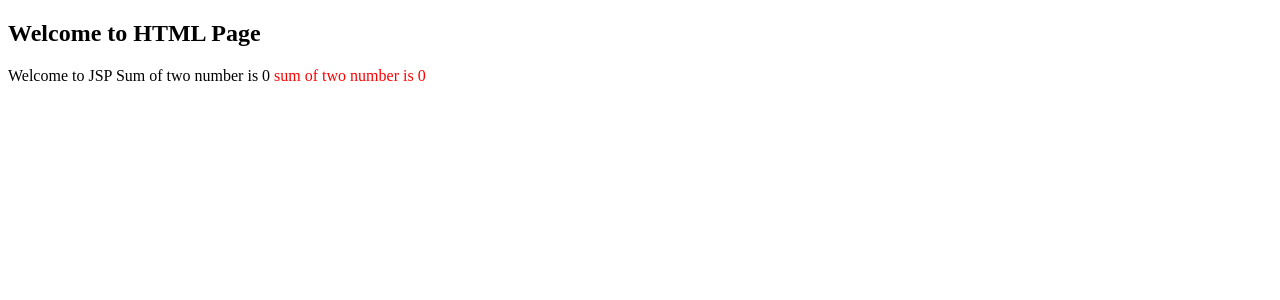
Repository: Kaleakash/onmobilebangalorejavafullstack
Page: http://localhost/JSPDemo/demo.jsp
These files come from the project's save history. The page is drawn as it stood at one moment and after the next save; the edit follows.
The browser window is 1280 px wide. The pictures show the whole page.
The page is served by Tomcat 9.

Above is the page before, as saved 2019-10-12 07:13:07.

After the next save:
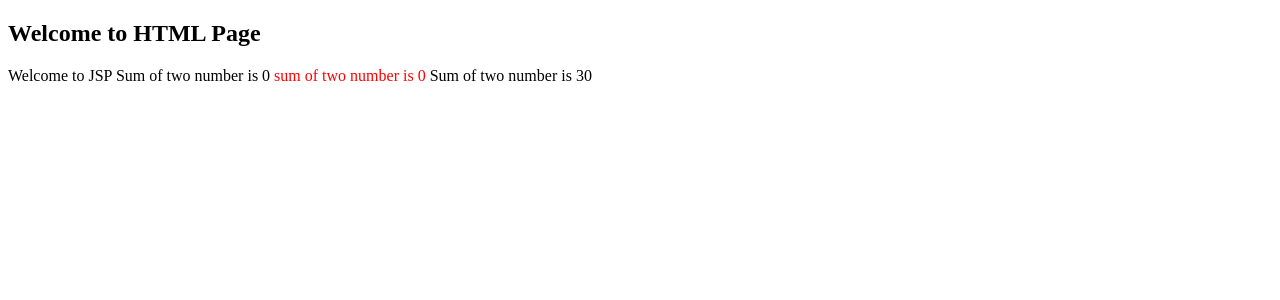
Saved 2 min 4 s later.
--- a/jee workspace/JSPDemo/WebContent/demo.jsp
+++ b/jee workspace/JSPDemo/WebContent/demo.jsp
@@ -16,5 +16,8 @@
 out.println("Sum of two number is "+sum);
 out.println("<font color='red'>sum of two number is "+sum+"</font>");
 %>
+
+Sum of two number is <%=10+20 %>
+
 </body>
 </html>
